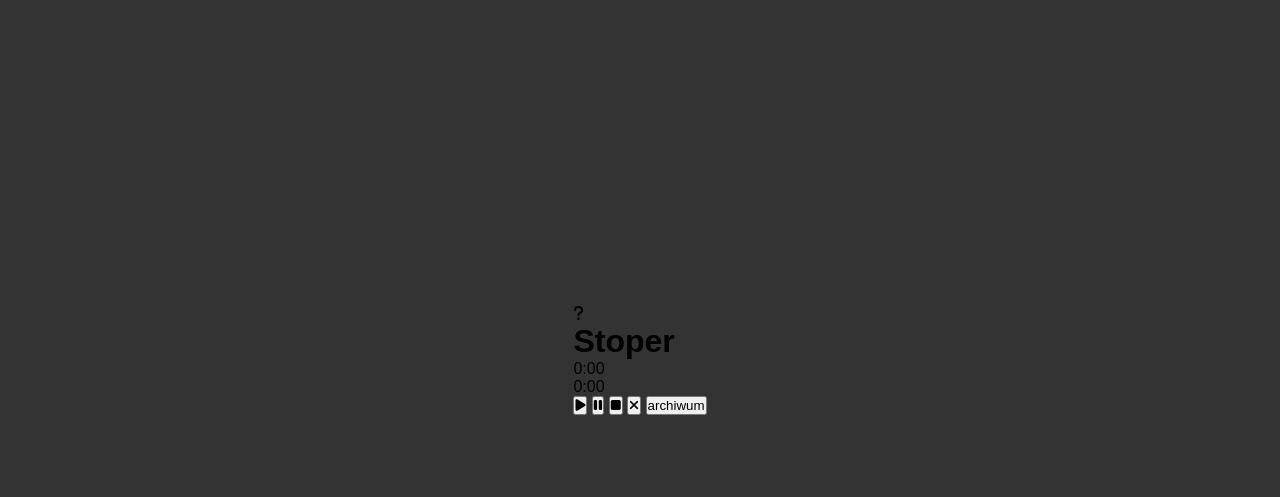
Repository: KrzysKolo/Projekt-5_Stoper
Page: index.html
An editor plug-in stored every save of this project. The page is shown before and after the next save, followed by the edit.
The browser window is 1280 px wide. The pictures show the whole page.
Some web fonts or font styles are not loaded; a fallback is used. Some web libraries are served in a nearby version.

Above is the page before, as saved 2020-07-05 13:31:28.

### index.html
<!DOCTYPE html>
<html lang="en">
  <head>
    <meta charset="UTF-8" />
    <meta name="viewport" content="width=device-width, initial-scale=1.0" />
    <title>Stoper</title>
    <script
      src="https://kit.fontawesome.com/21efeaf281.js"
      crossorigin="anonymous"
    ></script>
    <link
      href="https://fonts.googleapis.com/css2?family=Montserrat+Subrayada&display=swap"
      rel="stylesheet"
    />
    <link rel="stylesheet" href="./css/style.css" />
  </head>
  <body>
    <div class="wrapper">
      <p class="info">
        <i class="fa fa-question" aria-hidden="true"></i>
      </p>
      <h1>Stoper</h1>
      <p class="stopwatch">0:00</p>
      <p class="time">0:00</p>

      <div class="buttons">
        <button class="start"><i class="fas fa-play"></i></button>
        <button class="pouse"><i class="fas fa-pause"></i></button>
        <button class="stop"><i class="fas fa-stop"></i></button>
        <button class="restart"><i class="fas fa-times"></i></button>
        <button class="history">archiwum</button>
      </div>
      <ul class="time-list"></ul>
    </div>
    <script src="./js/index.js"></script>
  </body>
</html>

### css/style.css
* {
  box-sizing: border-box;
  padding: 0;
  margin: 0;
}
body {
  display: flex;
  justify-content: center;
  align-items: center;
  flex-direction: column;
  min-height: 100vh;
  font-family: "Montserrat Subrayada", sans-serif;
  background-color: #333333;
}

Loaded but not shown: js/index.js (no stored copy; drawn as an empty file)

After the next save:
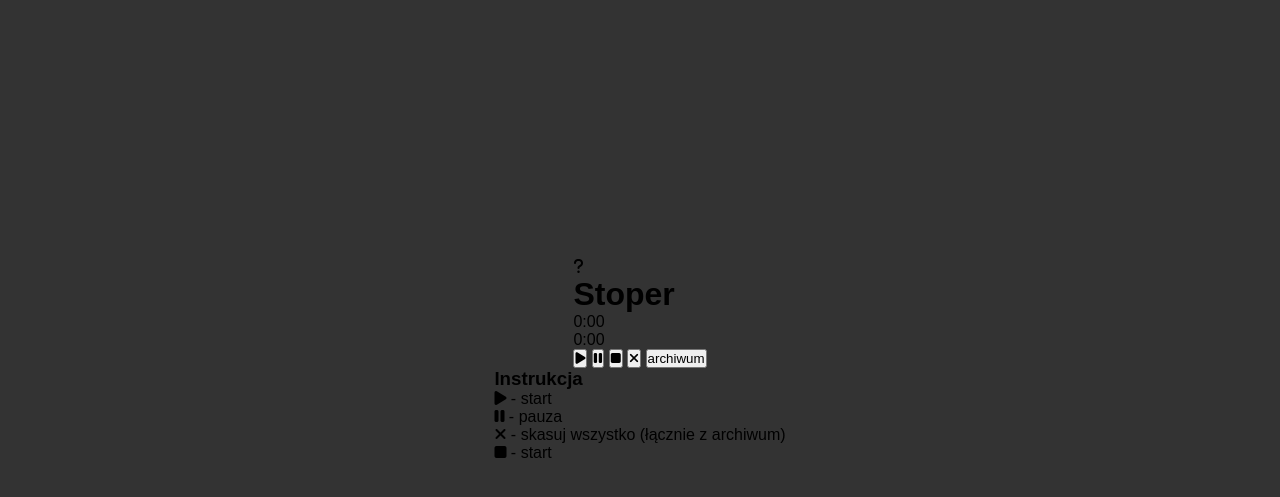
Saved 2 min 36 s later.
--- a/index.html
+++ b/index.html
@@ -32,6 +32,14 @@
       </div>
       <ul class="time-list"></ul>
     </div>
+    <div class="modal-shadow">
+      <div class="modal"></div>
+      <h3>Instrukcja</h3>
+      <p><i class="fas fa-play"></i> - start</p>
+      <p><i class="fas fa-pause"></i> - pauza</p>
+      <p><i class="fas fa-times"></i> - skasuj wszystko (łącznie z archiwum)</p>
+      <p><i class="fas fa-stop"></i> - start</p>
+    </div>
     <script src="./js/index.js"></script>
   </body>
 </html>
